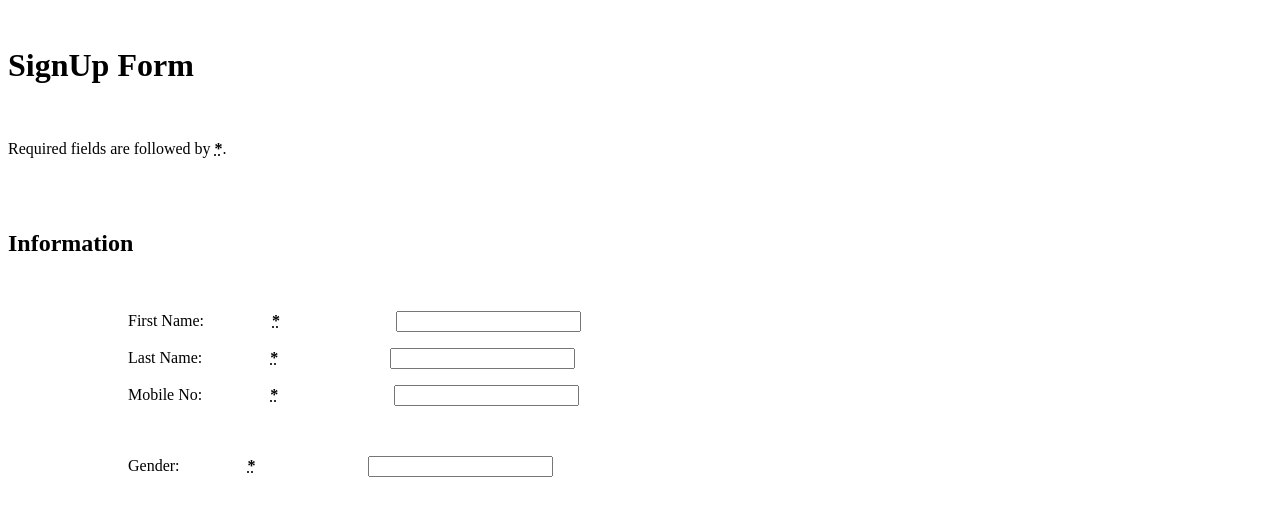
Repository: USChaurasiya/SpringCore
Page: http://localhost/SpringExample/
An editor plug-in stored every save of this project. The page is shown before and after the next save, followed by the edit.
The browser window is 1280 px wide. The pictures show the whole page.
The page is served by Tomcat 9. Other server files are loaded and not shown.

Above is the page before, as saved 2017-02-14 07:28:26.

### SpringExample/WebContent/Signup.jsp
<%@ page language="java" contentType="text/html; charset=UTF-8"
	pageEncoding="UTF-8"%>
<!DOCTYPE html PUBLIC "-//W3C//DTD HTML 4.01 Transitional//EN" "http://www.w3.org/TR/html4/loose.dtd">
<html>
<head>
<meta http-equiv="Content-Type" content="text/html; charset=UTF-8">
<title>Insert title here</title>
</head>
<body>


	<form action="signup.do" method="post">
        <h1>         SignUp Form     </h1>
        <p>Required fields are followed by <strong><abbr title="required">*</abbr></strong>.</p>
        <section>
            <h2>Information</h2>

            <p>
              <label for="name">
                <span>First Name: </span>
                <strong><abbr title="required">*</abbr></strong>
              </label>
              <input type="text"  name="fname">
            </p>
<p>
              <label for="name">
                <span>Last Name: </span>
                <strong><abbr title="required">*</abbr></strong>
              </label>
             <input type="text" name="lname">
            </p>
<p>
              <label for="name">
                <span>Mobile No: </span>
                <strong><abbr title="required">*</abbr></strong>
              </label>
              <input type="text" name="mobile">
            </p>
            <p>
              <label for="mail">
                <span>Gender: </span>
                <strong><abbr title="required">*</abbr></strong>
              </label>
             <input type="text" name="gender">
            </p>
        </section>

    </form>

</body>
</html>

After the next save:
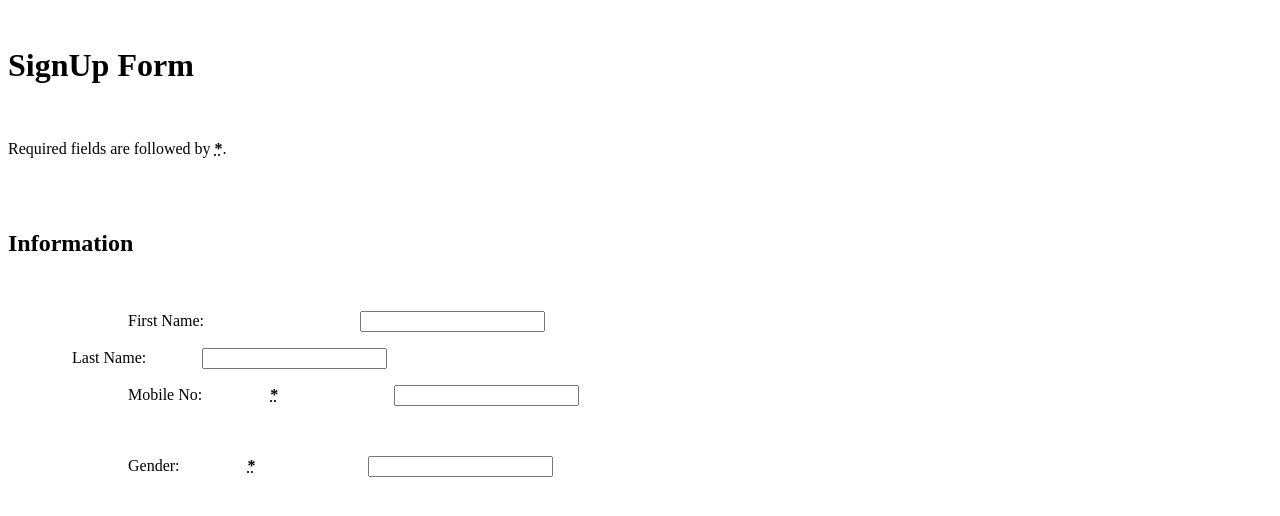
Saved 69 s later.
--- a/SpringExample/WebContent/Signup.jsp
+++ b/SpringExample/WebContent/Signup.jsp
@@ -16,17 +16,14 @@
             <h2>Information</h2>
 
             <p>
-              <label for="name">
+
                 <span>First Name: </span>
-                <strong><abbr title="required">*</abbr></strong>
-              </label>
+
+
               <input type="text"  name="fname">
             </p>
-<p>
-              <label for="name">
+			<p>
                 <span>Last Name: </span>
-                <strong><abbr title="required">*</abbr></strong>
-              </label>
              <input type="text" name="lname">
             </p>
 <p>
